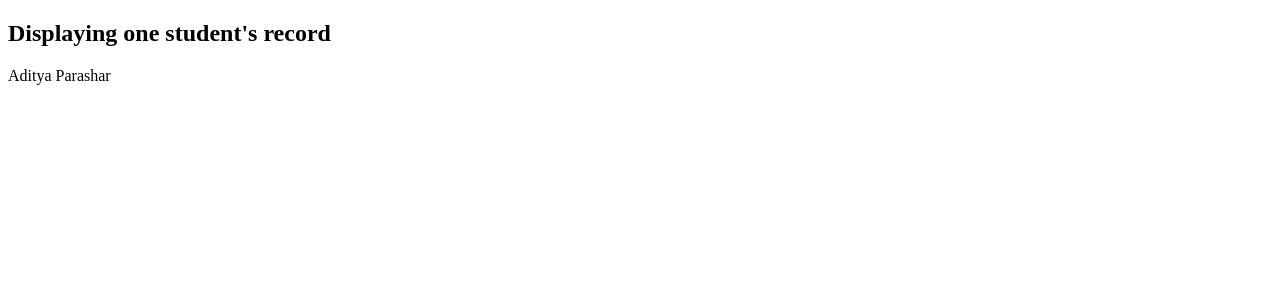
Repository: AdityaParashar93/Homework1_CMPE273
Page: CMPE273/Refresher_JS/WebContent/Json.html
An editor plug-in stored every save of this project. The page is shown before and after the next save, followed by the edit.
The browser window is 1280 px wide. The pictures show the whole page.

Above is the page before, as saved 2016-09-16 21:22:48.

### CMPE273/Refresher_JS/WebContent/Json.html
<!DOCTYPE html>
<html>
<title>JSON</title>
<body>

<h2>Displaying one student's record</h2>

<p id="demo1"></p>

<script>
var text = '{"student":[' +
'{"firstName":"Jay","lastName":"Nirgudkar","Age":"26","Id":"Jnid" },' +
'{"firstName":"Aditya","lastName":"Parashar" ,"Age":"23","Id":"Apar"},' +
'{"firstName":"Sagar","lastName":"Mane" ,"Age":"23","Id":"Sman"}]}';

obj = JSON.parse(text);

document.getElementById("demo1").innerHTML =obj.student[1].firstName + " " + obj.student[1].lastName;


</script>

</body>
</html>

After the next save:
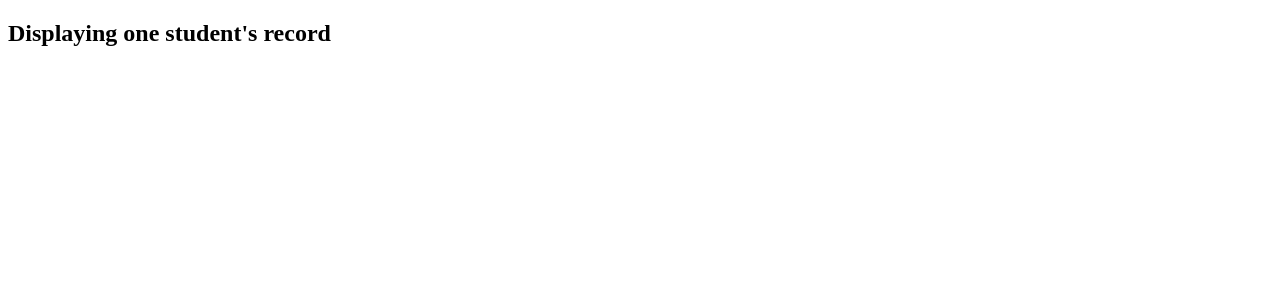
Console error: SyntaxError: Unexpected string
Saved 19 s later.
--- a/CMPE273/Refresher_JS/WebContent/Json.html
+++ b/CMPE273/Refresher_JS/WebContent/Json.html
@@ -15,7 +15,7 @@
 
 obj = JSON.parse(text);
 
-document.getElementById("demo1").innerHTML =obj.student[1].firstName + " " + obj.student[1].lastName;
+document.getElementById("demo1").innerHTML =obj.student[1].firstName + " " + obj.student[1].lastName++ " " + obj.student[1].lastName++ " " + obj.student[1].lastName;
 
 
 </script>

After the 3 saves that followed:
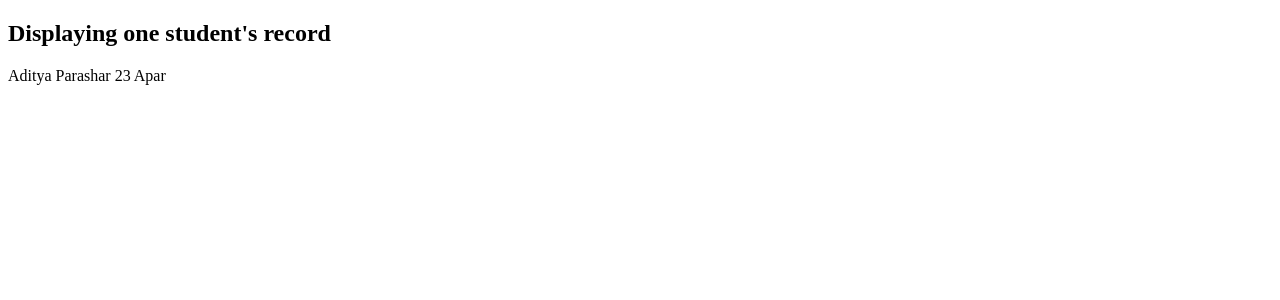
The error is gone.
The 3 saves are shown as one change because 2 left the picture as it was.
The last was saved 59 s later.
--- a/CMPE273/Refresher_JS/WebContent/Json.html
+++ b/CMPE273/Refresher_JS/WebContent/Json.html
@@ -15,7 +15,7 @@
 
 obj = JSON.parse(text);
 
-document.getElementById("demo1").innerHTML =obj.student[1].firstName + " " + obj.student[1].lastName++ " " + obj.student[1].lastName++ " " + obj.student[1].lastName;
+document.getElementById("demo1").innerHTML =obj.student[1].firstName + " " + obj.student[1].lastName+ " " + obj.student[1].Age+ " " + obj.student[1].Id;
 
 
 </script>
